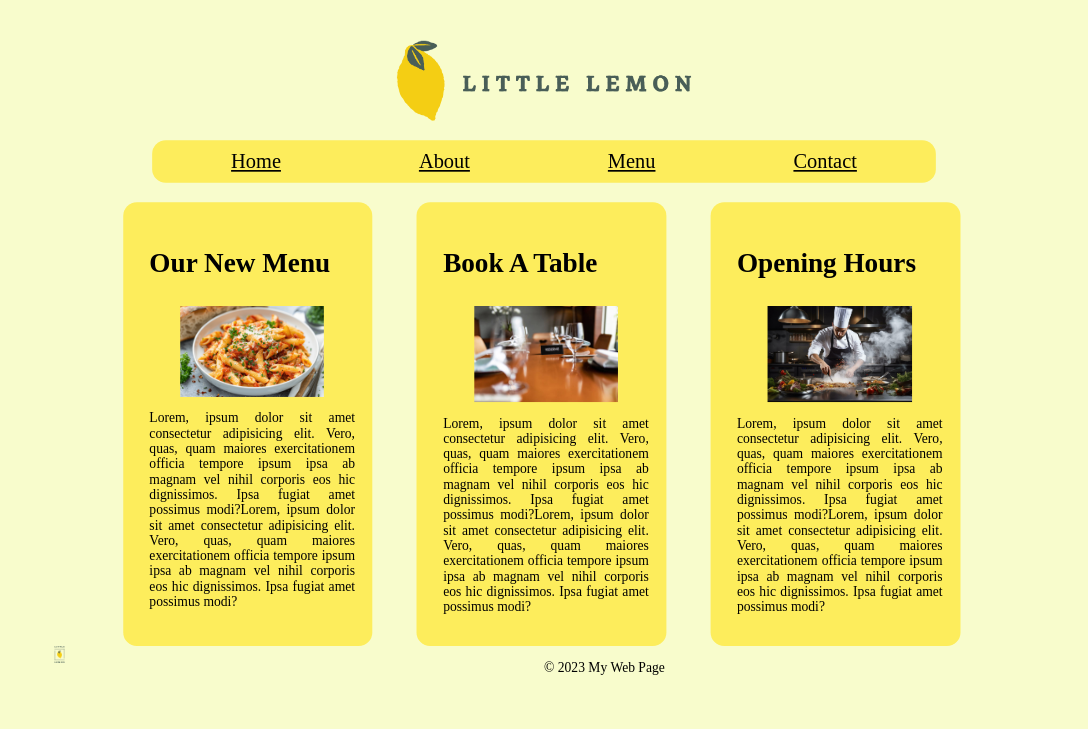
Repository: Yeshwanth-189/meta-html-css
Page: index.html
These files come from the project's save history. The page is drawn as it stood at one moment and after the next save; the edit follows.
The browser window is 1280 px wide. The pictures show the whole page, at 85% of full size.

Above is the page before, as saved 2025-04-21 23:17:01.

### index.html
<!DOCTYPE html>
<html lang="en">
    <head>
        <meta charset="UTF-8">
        <meta name="viewport" content="width=device-width, initial-scale=1.0">
        <title>Little Lemon</title>
        <link rel="stylesheet" href="styles.css">
        <meta name="description" content="A simple web page for Little Lemon restaurant.">
        <meta name="author" content="Little Lemon Restaurant">
    </head>
    <body>
        <header>
            <img src="/Logos/Asset 16@4x.png" alt="Little Lemon Logo" id="logo">
            <nav id="navbar">
                <ul>
                    <li><a href="home">Home</a></li>
                    <li><a href="about">About</a></li>
                    <li><a href="menu">Menu</a></li>
                    <li><a href="contact">Contact</a></li>
                </ul>
        </header>
        <main>
            <section>
                <article>
                    <h1>Our New Menu</h1>
                    <img src="/Logos/Pasta.png" alt="Pasta Image" id="article-image">
                    <p>Lorem, ipsum dolor sit amet consectetur adipisicing elit. Vero, quas, quam maiores exercitationem officia tempore ipsum ipsa ab magnam vel nihil corporis eos hic dignissimos. Ipsa fugiat amet possimus modi?Lorem, ipsum dolor sit amet consectetur adipisicing elit. Vero, quas, quam maiores exercitationem officia tempore ipsum ipsa ab magnam vel nihil corporis eos hic dignissimos. Ipsa fugiat amet possimus modi?</p>
                </article>
                <article>
                    <h1>Book A Table</h1>
                    <img src="/Logos/reserve.jpg" alt="Reserve Image" id="article-image">
                    <p>Lorem, ipsum dolor sit amet consectetur adipisicing elit. Vero, quas, quam maiores exercitationem officia tempore ipsum ipsa ab magnam vel nihil corporis eos hic dignissimos. Ipsa fugiat amet possimus modi?Lorem, ipsum dolor sit amet consectetur adipisicing elit. Vero, quas, quam maiores exercitationem officia tempore ipsum ipsa ab magnam vel nihil corporis eos hic dignissimos. Ipsa fugiat amet possimus modi?</p>
                </article>
                <article>
                    <h1>Opening Hours</h1>
                    <img src="/Logos/Chef.jpg" alt="Chef Image" id="article-image">
                    <p>Lorem, ipsum dolor sit amet consectetur adipisicing elit. Vero, quas, quam maiores exercitationem officia tempore ipsum ipsa ab magnam vel nihil corporis eos hic dignissimos. Ipsa fugiat amet possimus modi?Lorem, ipsum dolor sit amet consectetur adipisicing elit. Vero, quas, quam maiores exercitationem officia tempore ipsum ipsa ab magnam vel nihil corporis eos hic dignissimos. Ipsa fugiat amet possimus modi?</p>
                </article>
            </section>
        </main>
        <footer>
            <div>
                <img src="/Logos/Asset 20@4x.png" alt="Little Lemon Logo">
            </div>
            <div>
                <p>&copy; 2023 My Web Page</p>
            </div>
        </footer>
</html>

### styles.css
body {
  background-color: #f8fccc;
  margin-top: 3rem;
  margin-bottom: 3rem;
  margin-left: 5%;
  margin-right: 5%;
}
h1 {
  font-size: 3rem;
}
h1 {
  font-size: 2rem;
}
header > img {
  display: block;
  margin-left: auto;
  margin-right: auto;
  width: 30%;
  height: auto;
}
nav ul {
  margin: 2% 10% 2% 10%;
  list-style-type: none;
  text-align: center;
  padding: 1%;
  background-color: rgb(253, 237, 92);
  display: flex;
  font-size: 1.5rem;
  border-radius: 1rem;
  justify-content: space-around;
}
nav li {
  display: inline-block;
}
section {
  display: flex;
  margin: 0% 3% 0% 7%;
}
article {
  flex: 1;
  padding-left: 3%;
  padding-right: 2%;
  padding-top: 2%;
  padding-bottom: 2%;
  text-align: justify;
  background-color: rgb(253, 237, 92);
  margin-right: 5%;
  border-radius: 1rem;
}
article > img {
  display: block;
  margin-left: auto;
  margin-right: auto;
  width: 70%;
  height: auto;
}
footer div {
}
footer {
  display: grid;
  grid-template-columns: 1fr 1fr;
}
footer > div > img {
  display: block;
  width: 2%;
  height: auto;
}

a {
  color: black;
}

After the next save:
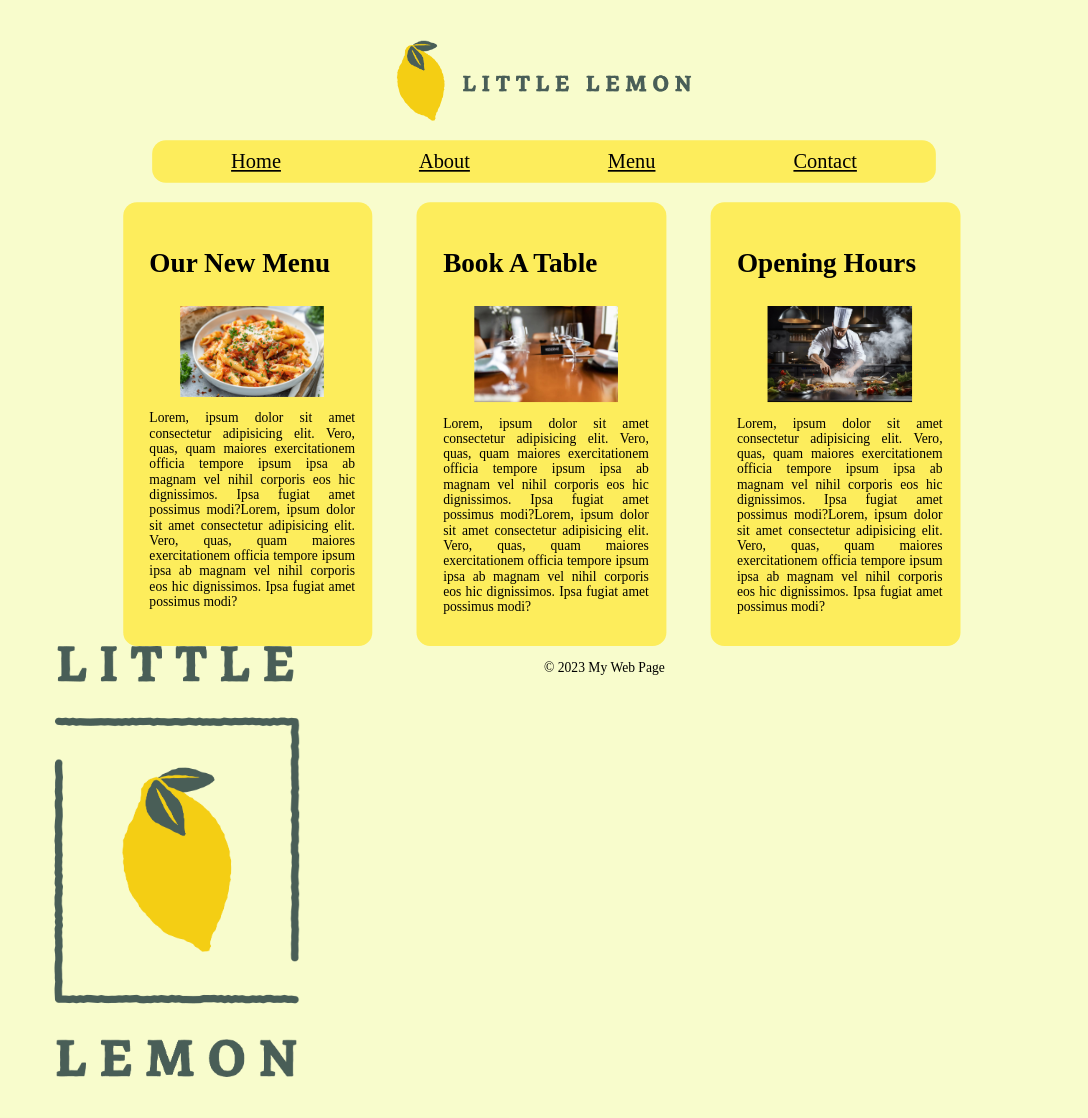
Saved 25 s later.
--- a/styles.css
+++ b/styles.css
@@ -54,15 +54,13 @@
   width: 70%;
   height: auto;
 }
-footer div {
-}
 footer {
   display: grid;
   grid-template-columns: 1fr 1fr;
 }
 footer > div > img {
   display: block;
-  width: 2%;
+  width: 50%;
   height: auto;
 }
 
